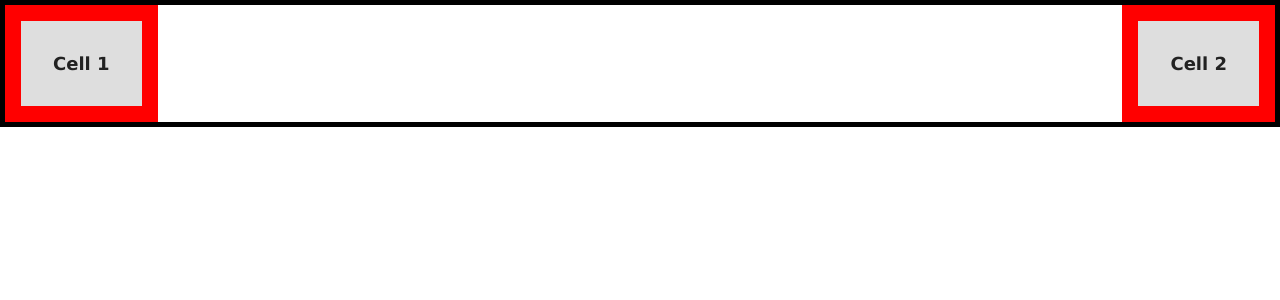
Repository: Ndifoinhilary/css_grid
Page: css-grid-learn/index.html
These files come from the project's save history. The page is drawn as it stood at one moment and after the next save; the edit follows.
The browser window is 1280 px wide. The pictures show the whole page.

Above is the page before, as saved 2024-01-24 12:28:10.

### css-grid-learn/index.html
<!DOCTYPE html>
<html lang="en">
<head>
    <meta charset="UTF-8">
    <meta name="viewport" content="width=device-width, initial-scale=1.0">
    <title>Css grid</title>
    <link rel="stylesheet" href="/css-grid-learn/main.css">
</head>
<body>
    <div class="container">
        <div class="cell">cell 1</div>
        <div class="cell">cell 2</div>
    </div>
</body>
</html>

### css-grid-learn/main.css
*{
    margin: 0;
    padding: 0;
    box-sizing: border-box;
}

body{
    font-family: Verdana, Geneva, Tahoma, sans-serif;
    color: #222;
}

.container{
    border: 5px solid black;
}

.cell{
    background: #dedede;
    text-transform: capitalize;
    text-align: center;
    font-weight: bold;
    padding: 2rem;
    font-size: large;
    border:1rem solid red;
}

/* .container{
    display: grid;
    grid-template-columns: 200px 300px;
} */


.container{
    display: flex;
    justify-content: space-between;
}

After the next save:
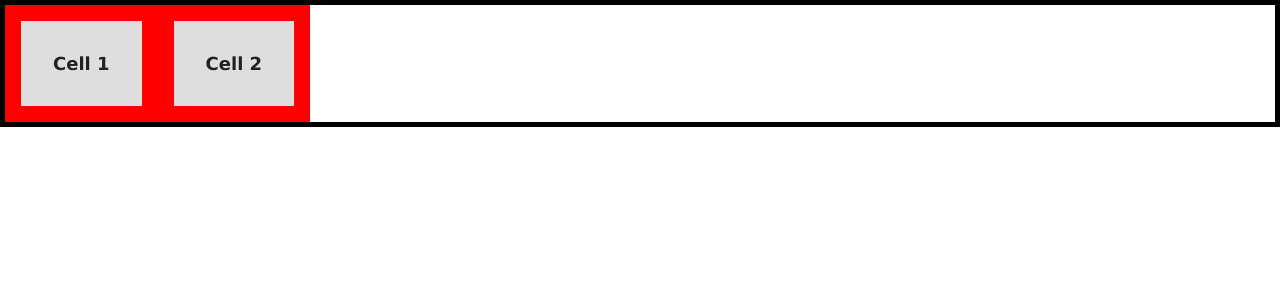
Saved 8 s later.
--- a/css-grid-learn/main.css
+++ b/css-grid-learn/main.css
@@ -31,5 +31,5 @@ body{
 
 .container{
     display: flex;
-    justify-content: space-between;
+    /* justify-content: space-between; */
 }
